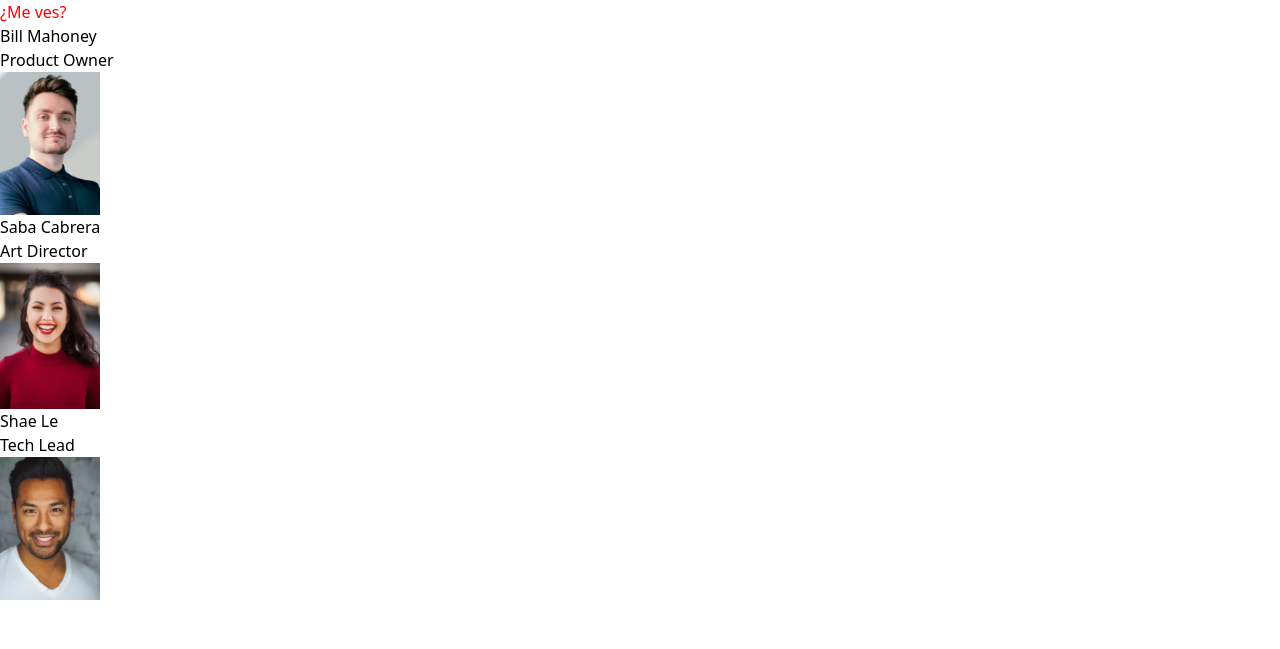
Repository: Alzate1075/Funval-G3-N2
Page: /
These files come from the project's save history. The page is drawn as it stood at one moment and after a run of saves; the edit follows.
The browser window is 1280 px wide. The pictures show the whole page.
The project was rebuilt for these pictures with package versions that can differ from the ones it lists, and the page was loaded fresh each time. Also part of the build but not shown: vite.config.js.

Above is the page before, as saved 2025-07-02 23:17:43.

### index.html
<!DOCTYPE html>
<html lang="en">
  <head>
    <meta charset="UTF-8" />
    <link rel="icon" type="image/svg+xml" href="/vite.svg" />
    <meta name="viewport" content="width=device-width, initial-scale=1.0" />
    <link rel="stylesheet" href="./src/index.css" />
    <title>Vite + React</title>
  </head>
  <body>
    <div id="root"></div>
    <script type="module" src="/src/main.jsx"></script>
  </body>
</html>

### src/App.jsx
import React from "react";
import { TeamCard } from "./components/TeamCard";
import miArray from "./components/ArrayTeams";
/*
function App() {
  return (
    <div className="md:bg-[#111827] p-2 md:mx-70">
      <div>
        <img src="/images/sol.png" alt="sol" className="w-8 justify-end" />
      </div>
      <div>
        <img
          src="/images/luna.png"
          alt="luna"
          className="w-8 justify-start md:hidden"
        />
      </div>
      <div className="md:text-white text-black text-center md:flex md:justify-between md:mx-12">
        <h1 className="text-3xl font-bold">The creative crew</h1>
        <p className="text-[15px] mt-2 max-w-md md:text-md text-wrap text-left m-5">
          <b>Who we are</b>
          <br />
          We are team of creatively diverse, driven, <br /> innovative
          individuals working in various <br /> locations from the world.
        </p>
      </div>

      <div className="md:bg-[#111827] grid grid-cols-2 md:grid-cols-3 gap-x-4 gap-y-6 p-4">
        {miArray.map((persona, index) => (
          <TeamCard
            key={index}
            name={persona.name}
            role={persona.role}
            image={persona.image}
            extraClass={index % 3 === 1 ? "mt-16" : ""}
          />
        ))}
      </div>
    </div>
  );
}

export default App; */

function App() {
  const miArray = [
    {
      name: "Bill Mahoney",
      role: "Product Owner",
      image: "/images/photo1.png",
    },
    { name: "Saba Cabrera", role: "Art Director", image: "/images/photo2.png" },
    { name: "Shae Le", role: "Tech Lead", image: "/images/photo3.png" },
  ];

  return (
    <div>
      <h1 style={{ color: "red" }}>¿Me ves?</h1>
      <div>
        {miArray.map((persona, index) => (
          <div key={index}>
            <h3>{persona.name}</h3>
            <p>{persona.role}</p>
            <img src={persona.image} alt={persona.name} width="100" />
          </div>
        ))}
      </div>
    </div>
  );
}

export default App;

### src/components/ArrayTeams.jsx
import React from "react";
const miArray = [
  {
    name: "Bill Mahoney",
    role: "Product Owner",
    image: "/images/photo1.png",
  },
  {
    name: "Saba Cabrera",
    role: "Art Director",
    image: "/images/photo2.png",
  },
  {
    name: "Shae Le",
    role: "Tech Lead",
    image: "/images/photo3.png",
  },
  {
    name: "Skyla Lu",
    role: "UX Designer",
    image: "/images/photo4.png",
  },
  {
    name: "Griff Richards",
    role: "Developer",
    image: "/images/photo5.png",
  },
  {
    name: "Stan John",
    role: "Developer",
    image: "/images/photo6.png",
  },
];

export default miArray;

### src/components/TeamCard.jsx
import React from "react";
/* export function TeamCard(props) {
  return (
    <div className={`md:mt-12 ${props.extraClass}`}>
      <div className="text-black md:text-white md:flex md:items-center md:justify-center gap-2 relative">
        <img src={props.image} alt={props.name} className="md:w-[200px] w-20" />
        <span className="absolute right-0 top-1/2 -translate-y-1/2 rotate-90 origin-left text-sm">
          {props.role}
        </span>
      </div>
      <div className="md:text-white text-center mt-2">
        <h3 className="font-semibold">{props.name}</h3>
      </div>
    </div>
  );
}
 */

export function TeamCard(props) {
  return (
    <div>
      <h3>{props.name}</h3>
      <p>{props.role}</p>
      <img src={props.image} alt={props.name} width="100" />
    </div>
  );
}

Loaded but not shown: src/index.css (common file); src/main.jsx (common file)

After the next 2 saves:
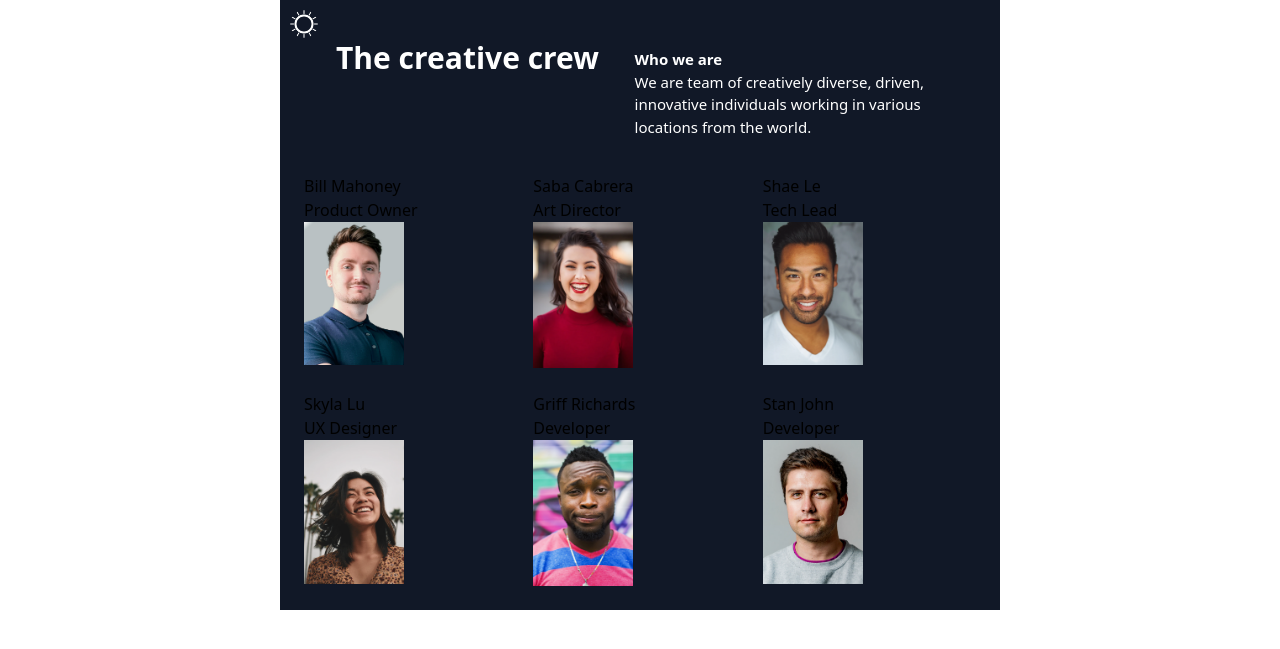
The 2 saves are shown as one change because 1 did not build or start.
The last was saved 32 s later.
--- a/src/App.jsx
+++ b/src/App.jsx
@@ -1,7 +1,7 @@
 import React from "react";
 import { TeamCard } from "./components/TeamCard";
 import miArray from "./components/ArrayTeams";
-/*
+
 function App() {
   return (
     <div className="md:bg-[#111827] p-2 md:mx-70">
@@ -40,9 +40,9 @@ function App() {
   );
 }
 
-export default App; */
+export default App;
 
-function App() {
+/* function App() {
   const miArray = [
     {
       name: "Bill Mahoney",
@@ -69,4 +69,4 @@ function App() {
   );
 }
 
-export default App;
+export default App; */
